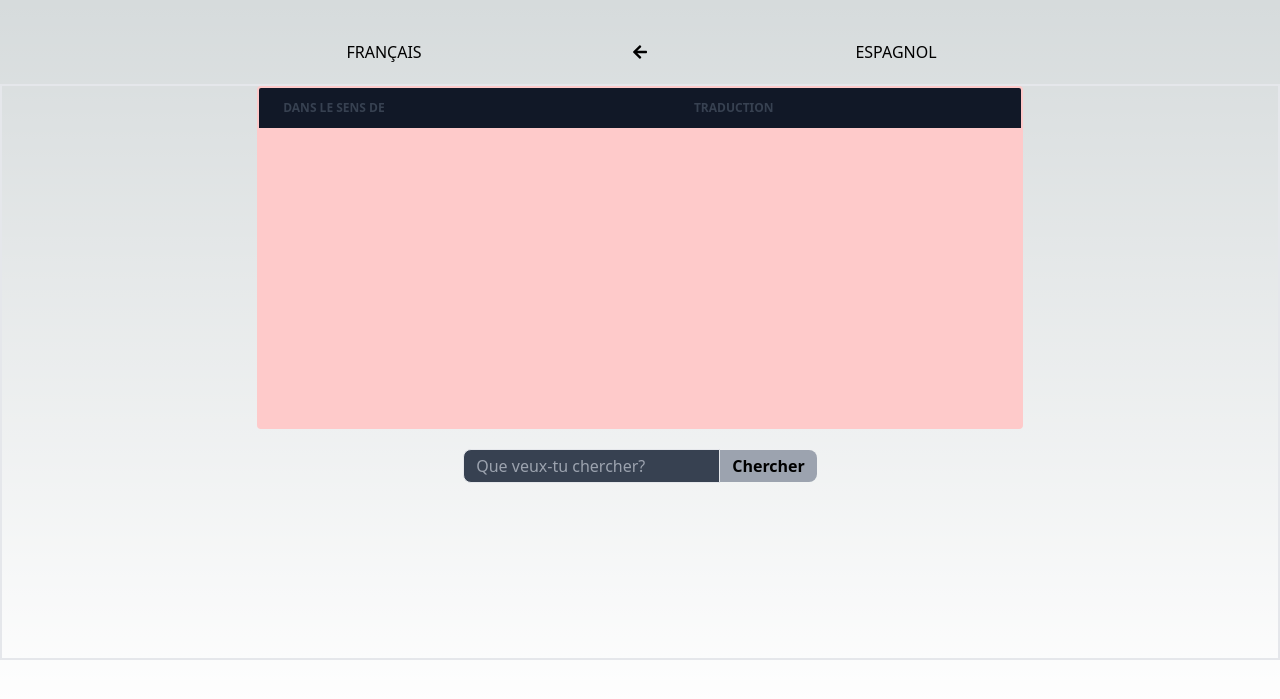
Repository: All-Khwarizmi/Dico
Page: /
These files come from the project's save history. The page is drawn as it stood at one moment and after the next save; the edit follows.
The browser window is 1280 px wide. The pictures show the whole page.
The project was rebuilt for these pictures with package versions that can differ from the ones it lists, and the page was loaded fresh each time. The framework's server and built-in components were replaced by stand-ins that run in the browser. Also part of the build but not shown: next.config.js, vite.config.ts.

Above is the page before, as saved 2023-02-17 18:30:33.

After the next save:
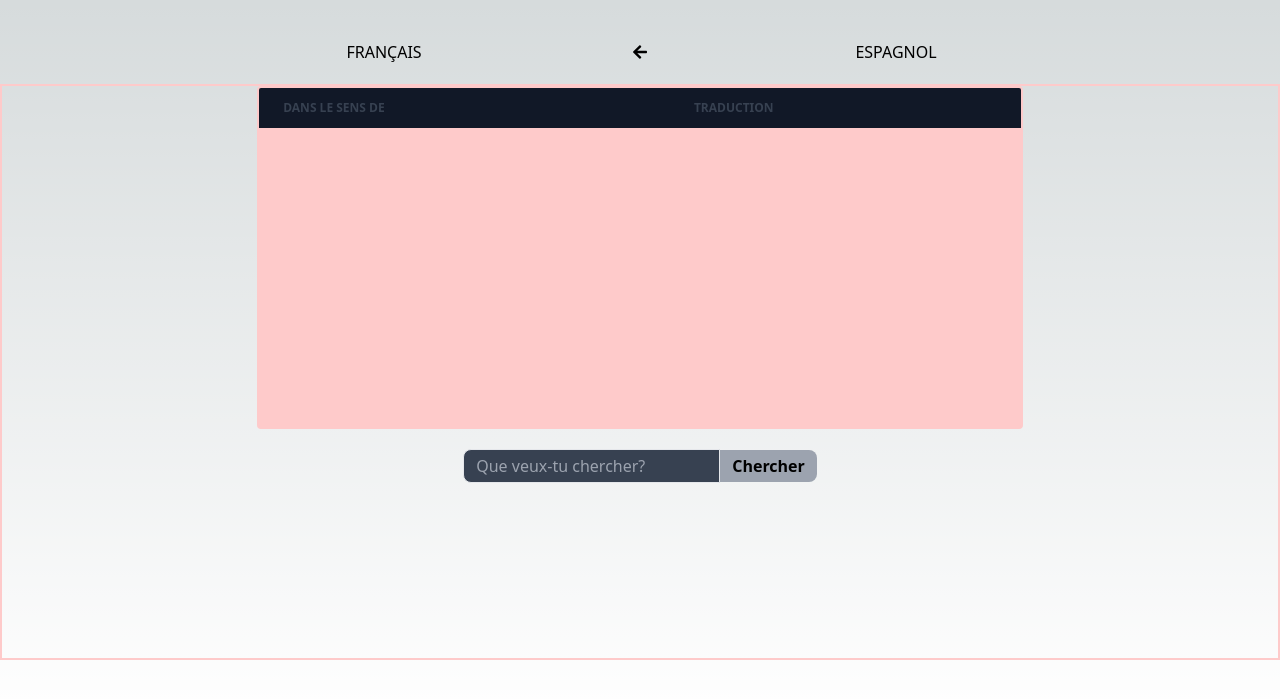
Saved 16 s later.
--- a/src/app/page.tsx
+++ b/src/app/page.tsx
@@ -107,7 +107,7 @@ export default function Home() {
           </div>
         )}
       </div>
-      <div className='flex h-[80%] flex-col border border-2 items-center gap-5'>
+      <div className='flex h-[80%] flex-col border border-red-200 border-2 items-center gap-5'>
         <div className=' h-[60%] max-h-[80%] w-[60%] overflow-scroll rounded border-2 border-solid border-red-200 bg-red-200'>
           <div className='text-black '>
             <div className=''>
